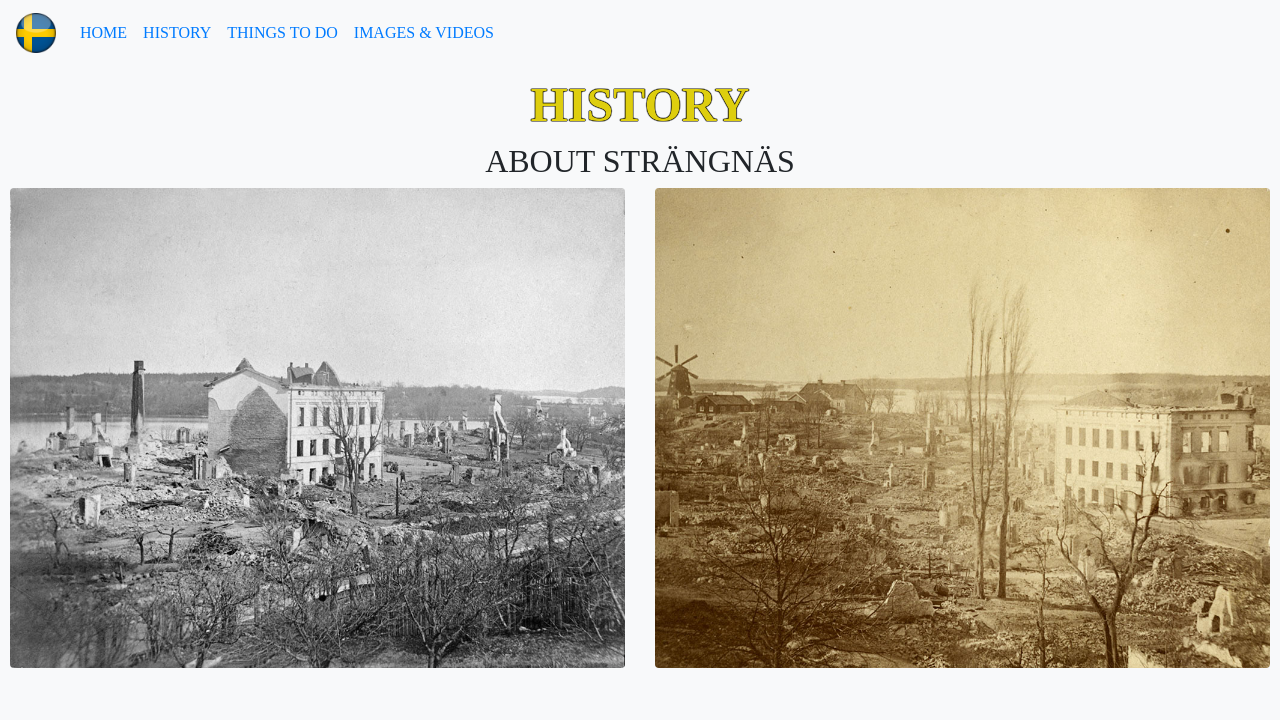
Repository: kososwede/first-project
Page: history.html
The author's editor kept a record of every edit. The page is drawn from the files as they stood at one moment, then again after the next edit.
The browser window is 1280 px wide. The pictures show the whole page.
An inner scrolling area shows only its first screen. Some web fonts or font styles are not loaded; a fallback is used.

Above is the page before.

After the next edit:
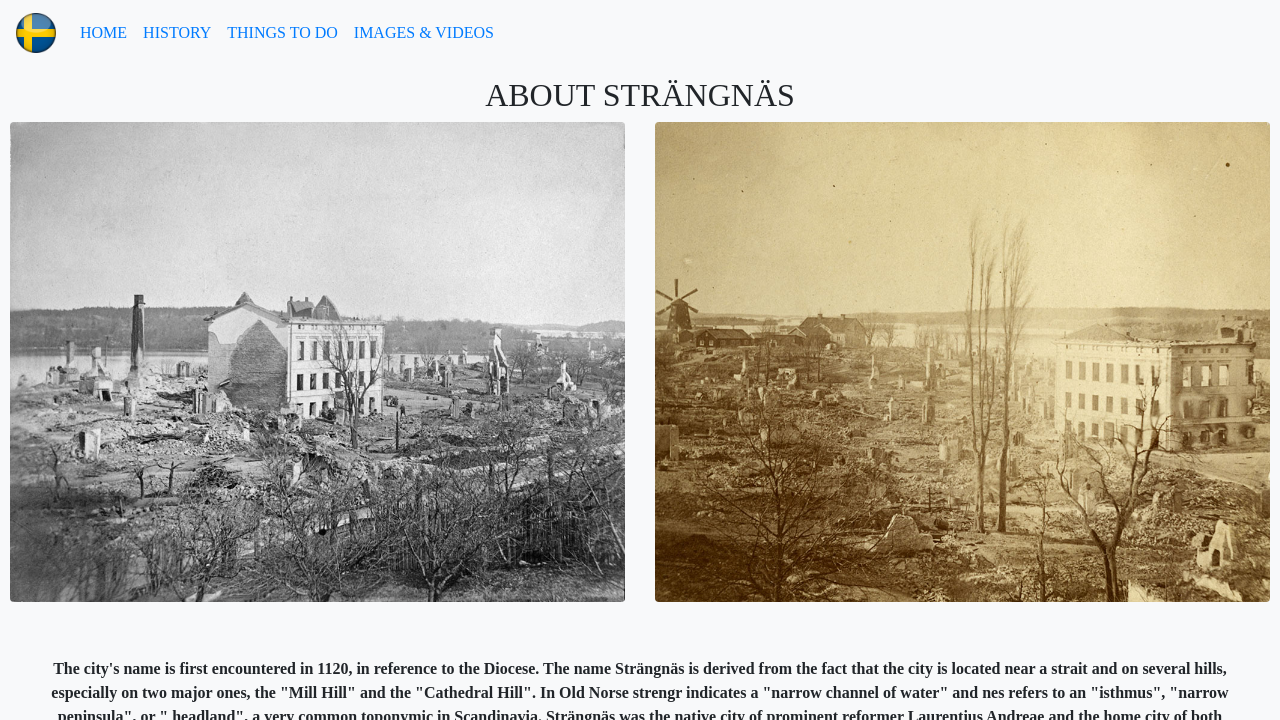
The edit:
--- a/history.html
+++ b/history.html
@@ -20,7 +20,7 @@
 
   <!----------nav------->
 
-  <nav class="navbar navbar-expand-lg navbar-light bg-light">
+ <nav class="navbar navbar-expand-lg navbar-light bg-light fixed-top">
     <a class="navbar-brand" href="index.html"><img class="image-size" src="assets/images/sweden-flag-png-1.png"></img></a>
     <button class="navbar-toggler" type="button" data-toggle="collapse" data-target="#navbarNavAltMarkup" aria-controls="navbarNavAltMarkup" aria-expanded="false" aria-label="Toggle navigation">
     <span class="navbar-toggler-icon"></span>
@@ -34,7 +34,6 @@
       </div>
     </div>
   </nav>
-
 
 
   <!---------------main------------------------------------>
